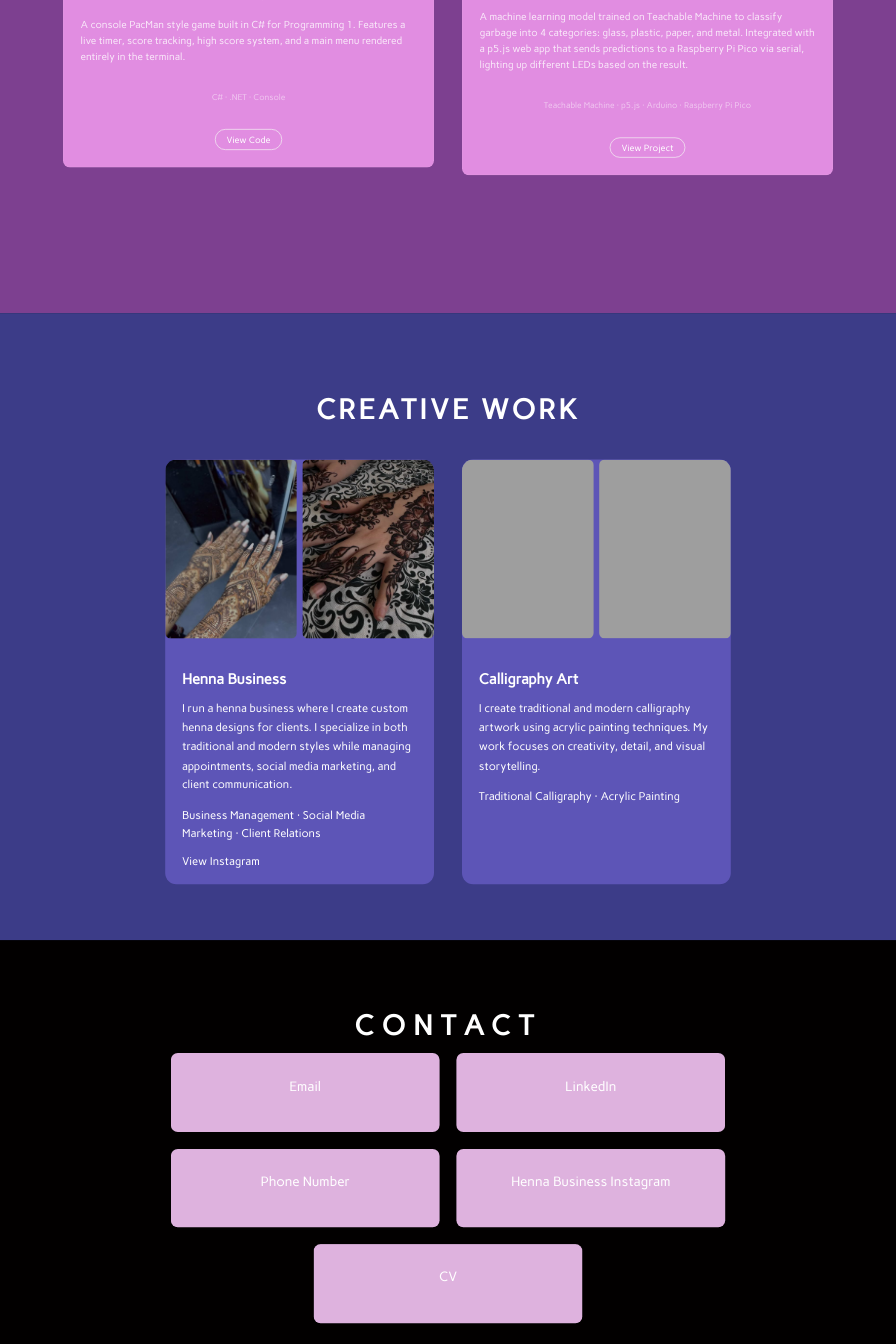
Repository: Rameen-A/Rameen-A
Page: index.html
The author's editor kept a copy of each file at every save. The page is drawn from the files as they stood at one save, then again after the next save.
The browser window is 1280 px wide. The pictures show the part of the page from y = 1875 to 3795 px (the page is 3830 px tall), at 70% of full size.
Pictures or frames that could not be fetched are drawn as grey boxes.

Above is the page before, as saved 2026-05-09 23:06:02.

After the next save:
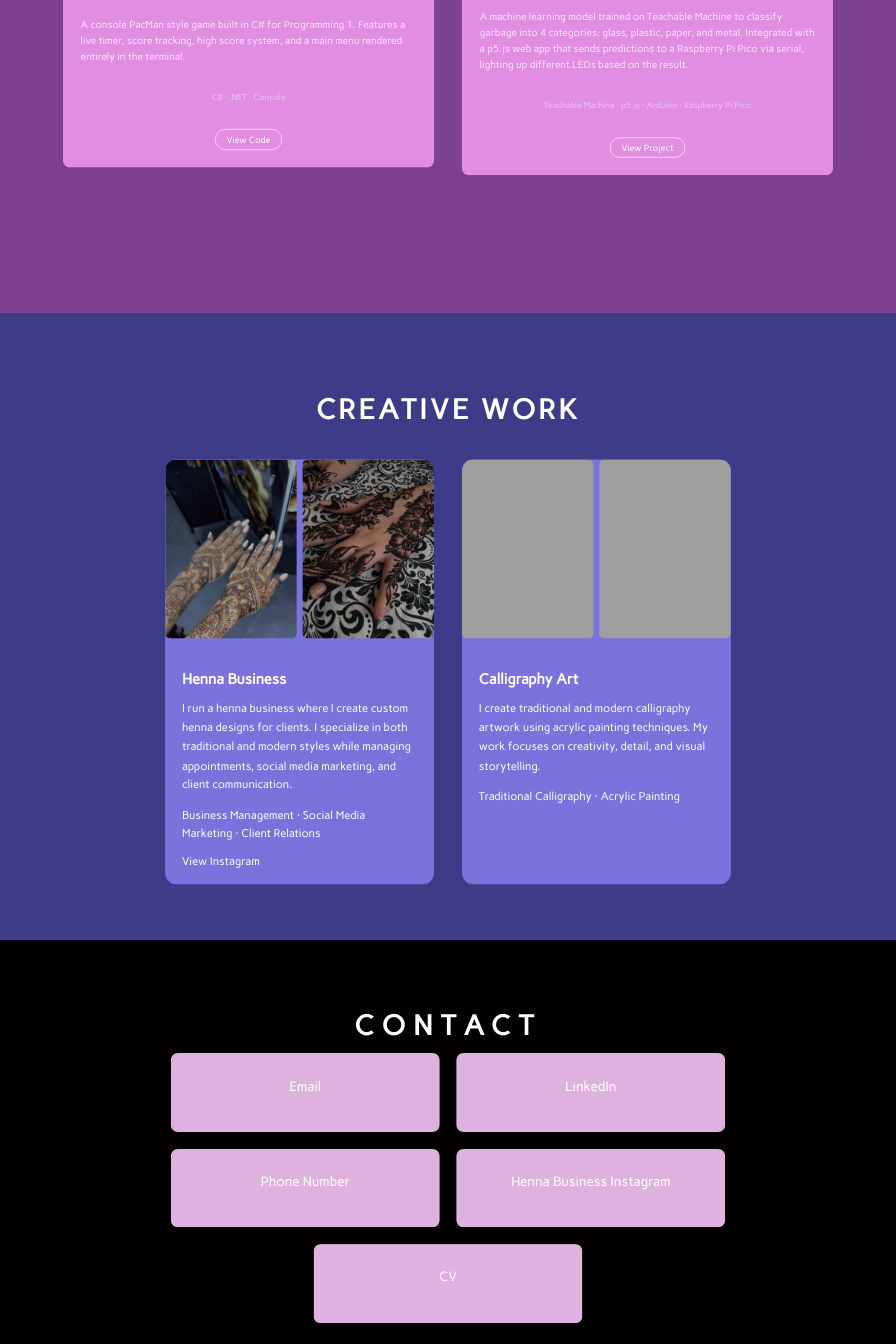
Saved 31 s later.
--- a/styles/index.css
+++ b/styles/index.css
@@ -197,12 +197,12 @@ article {
   gap: 2.5rem;
   align-items: center;
 }
-.creative-cards :hover {
+.creative-card :hover {
   border: 3px solid rgb(29, 6, 72);
 }
 
 .creative-card {
-  background-color: #5d55b7;
+  background-color: #7b73dc;
   border-radius: 1rem;
   overflow: hidden;
   width: 100%;
